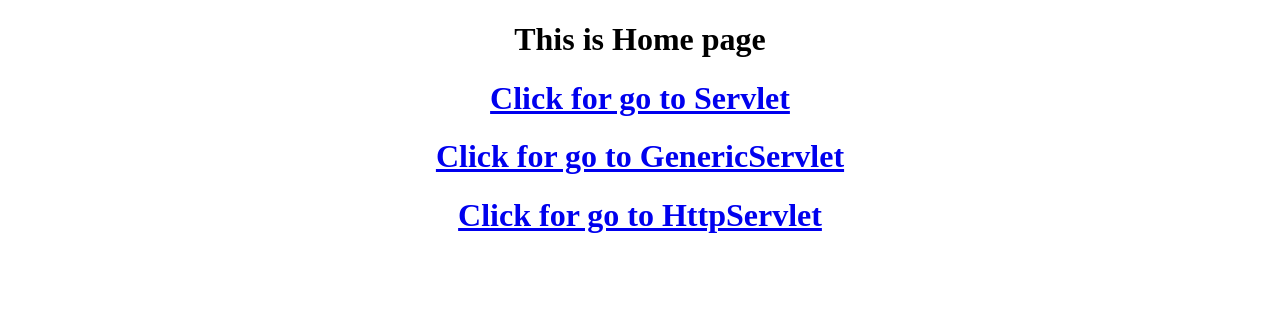
Repository: Hashim-Ansari-82/Servlet-And-JSP
Page: 2nd-Servlet-Demo/src/main/webapp/index.html
These files come from the project's save history. The page is drawn as it stood at one moment and after the next save; the edit follows.
The browser window is 1280 px wide. The pictures show the whole page.

Above is the page before, as saved 2026-06-03 18:40:13.

### 2nd-Servlet-Demo/src/main/webapp/index.html
<!DOCTYPE html>
<html>
<head>
<meta charset="UTF-8">
<title>Insert title here</title>
</head>
<body>
<div style="text-align:center">
<h1>This is Home page</h1>
<h1>
<a href="first">Click for go to Servlet</a>
</h1>
<h1>
<a href="second">Click for go to GenericServlet</a>
</h1>
<h1>
<a href="third">Click for go to HttpServlet</a>
</h1>
</div>
</body>
</html>

After the next save:
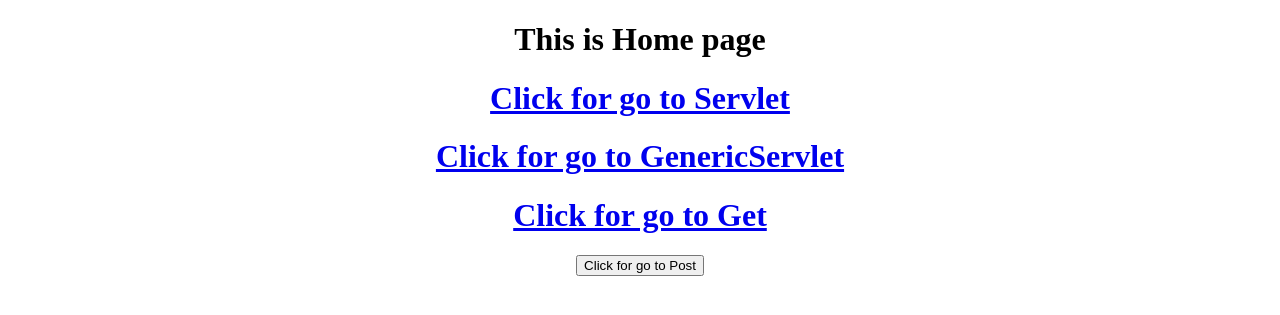
Saved 97 s later.
--- a/2nd-Servlet-Demo/src/main/webapp/index.html
+++ b/2nd-Servlet-Demo/src/main/webapp/index.html
@@ -14,8 +14,11 @@
 <a href="second">Click for go to GenericServlet</a>
 </h1>
 <h1>
-<a href="third">Click for go to HttpServlet</a>
+<a href="third">Click for go to Get</a>
 </h1>
+<form action="third" method="post">
+<button type="submit">Click for go to Post</button>
+</form>
 </div>
 </body>
 </html>
